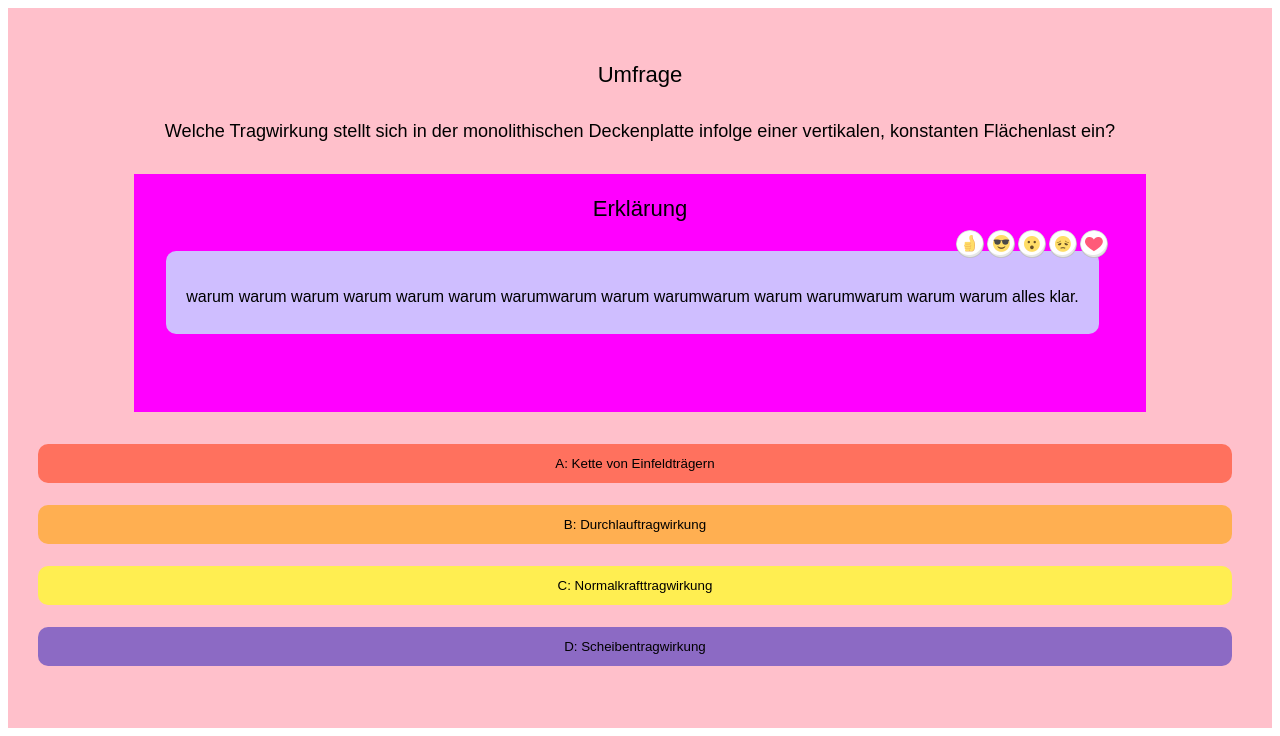
Repository: HyunraDate/Quinlan
Page: /Erklaerung
An editor plug-in stored every save of this project. The page is shown before and after the next save, followed by the edit.
The browser window is 1280 px wide. The pictures show the whole page.
The project was rebuilt for these pictures with package versions that can differ from the ones it lists, and the page was loaded fresh each time. Also part of the build but not shown: vite.config.js, src/views/Ergebnis1.vue, src/views/Ergebnis2.vue.

Above is the page before, as saved 2023-07-25 15:08:59.

After the next save:
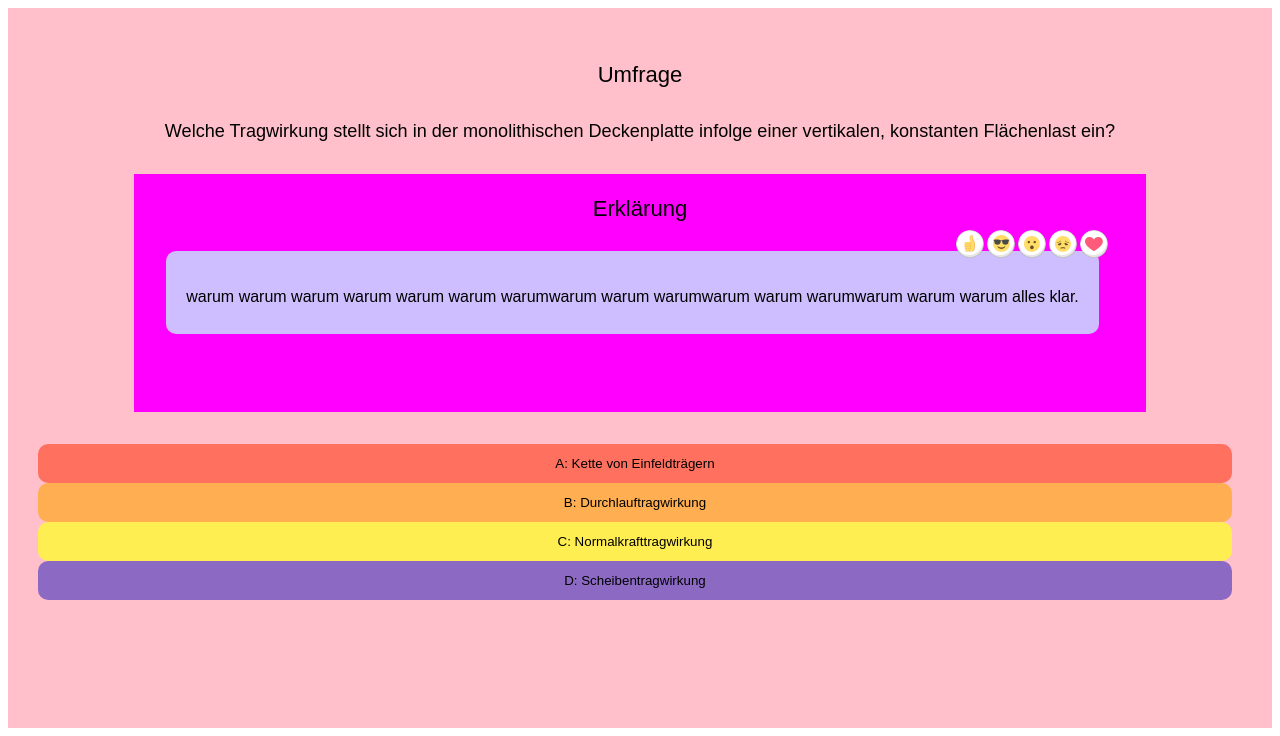
Saved 21 s later.
--- a/src/css/halloween.css
+++ b/src/css/halloween.css
@@ -216,9 +216,9 @@
   margin-top: 2rem;
   padding: 0 1.88rem;
 }
-.space-y-22 > *:not(:first-child) {
+/* .space-y-22 > *:not(:first-child) {
   margin-top: 1.38rem;
-}
+} */
 .text-wrapper {
   margin-right: 0.63rem;
   padding: 0.75rem 0;

After the save that followed:
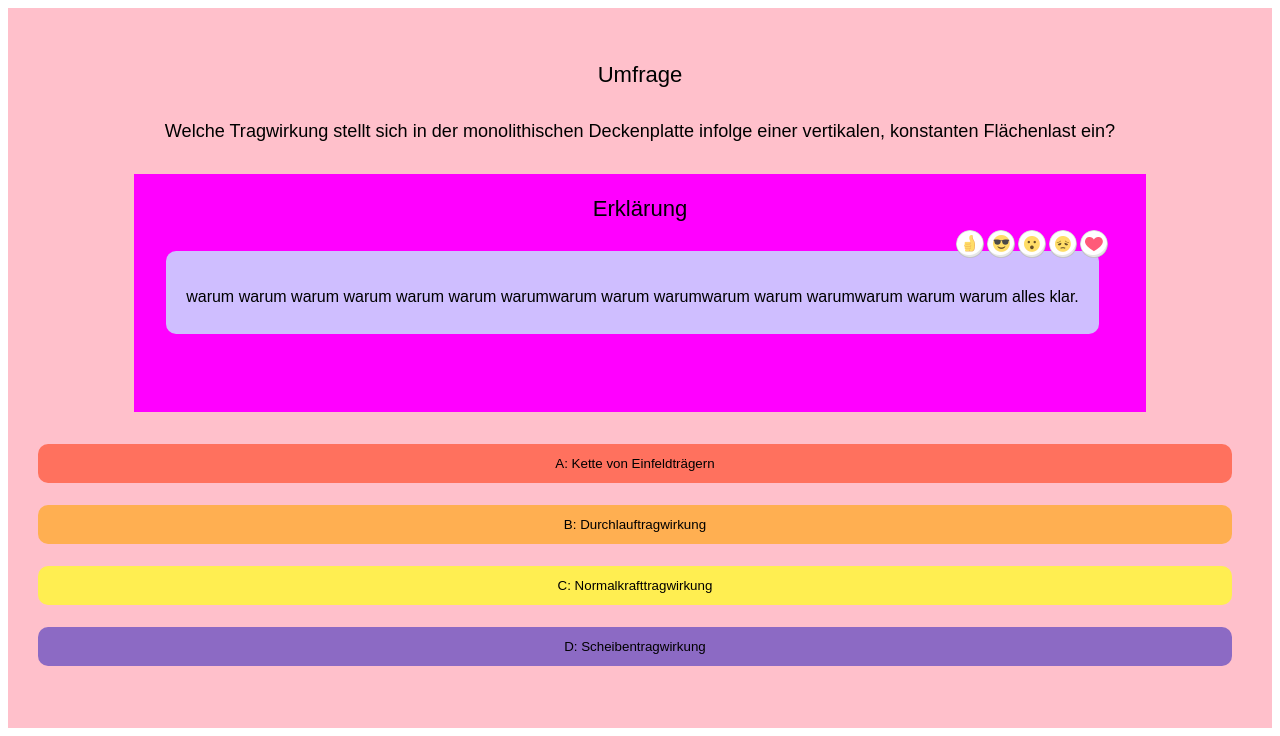
Saved 5 s later.
--- a/src/css/halloween.css
+++ b/src/css/halloween.css
@@ -216,9 +216,9 @@
   margin-top: 2rem;
   padding: 0 1.88rem;
 }
-/* .space-y-22 > *:not(:first-child) {
+.space-y-22 > *:not(:first-child) {
   margin-top: 1.38rem;
-} */
+}
 .text-wrapper {
   margin-right: 0.63rem;
   padding: 0.75rem 0;
